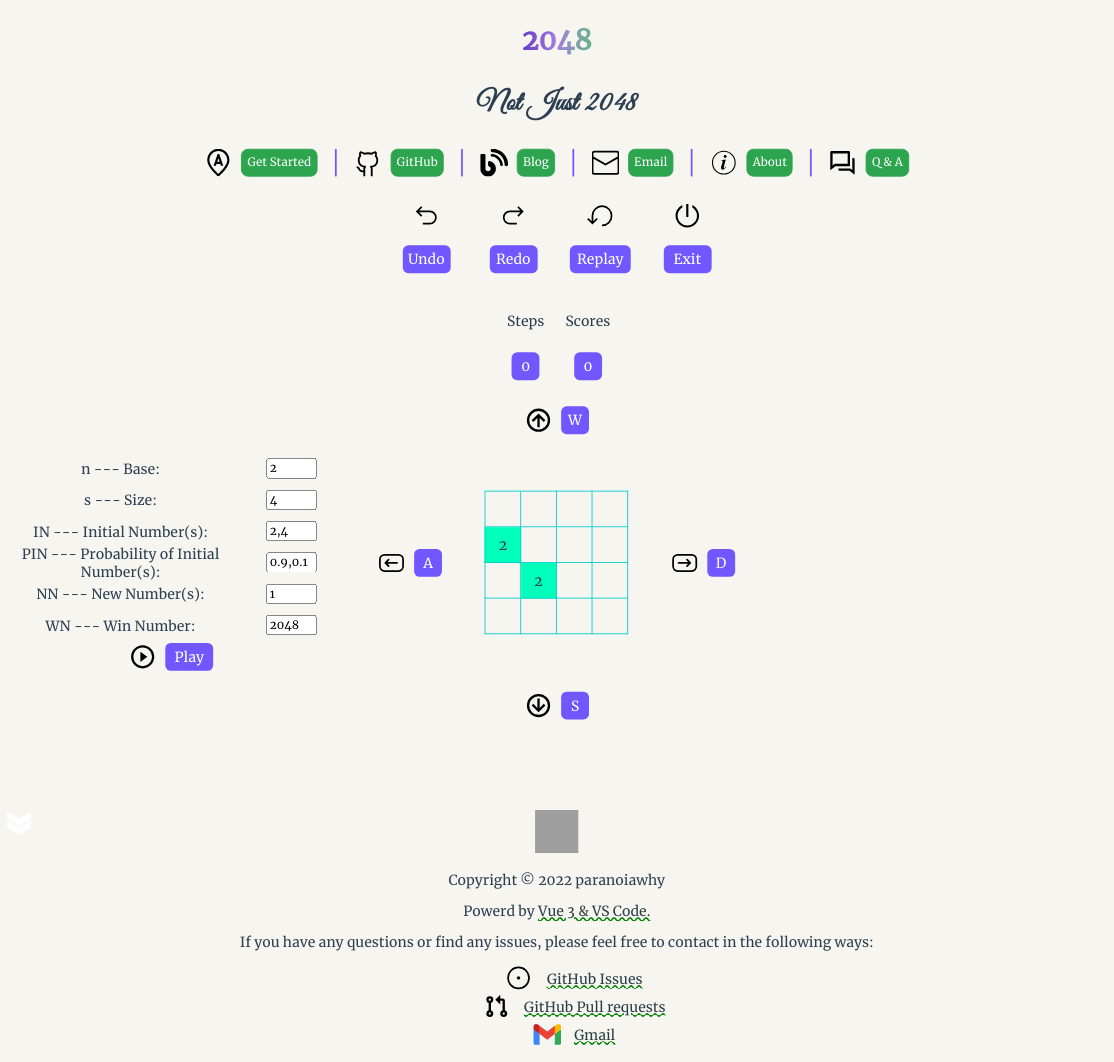
Repository: 321paranoiawhy/2048
Page: /
The author's editor kept a copy of each file at every save. The page is drawn from the files as they stood at one save, then again after the next save.
The browser window is 1280 px wide. The pictures show the whole page, at 87% of full size.
Pictures or frames that could not be fetched are drawn as grey boxes. The project was rebuilt for these pictures with package versions that can differ from the ones it lists, and the page was loaded fresh each time. Also part of the build but not shown: vue.config.js.

Above is the page before, as saved 2022-04-29 20:52:53.

After the next save:
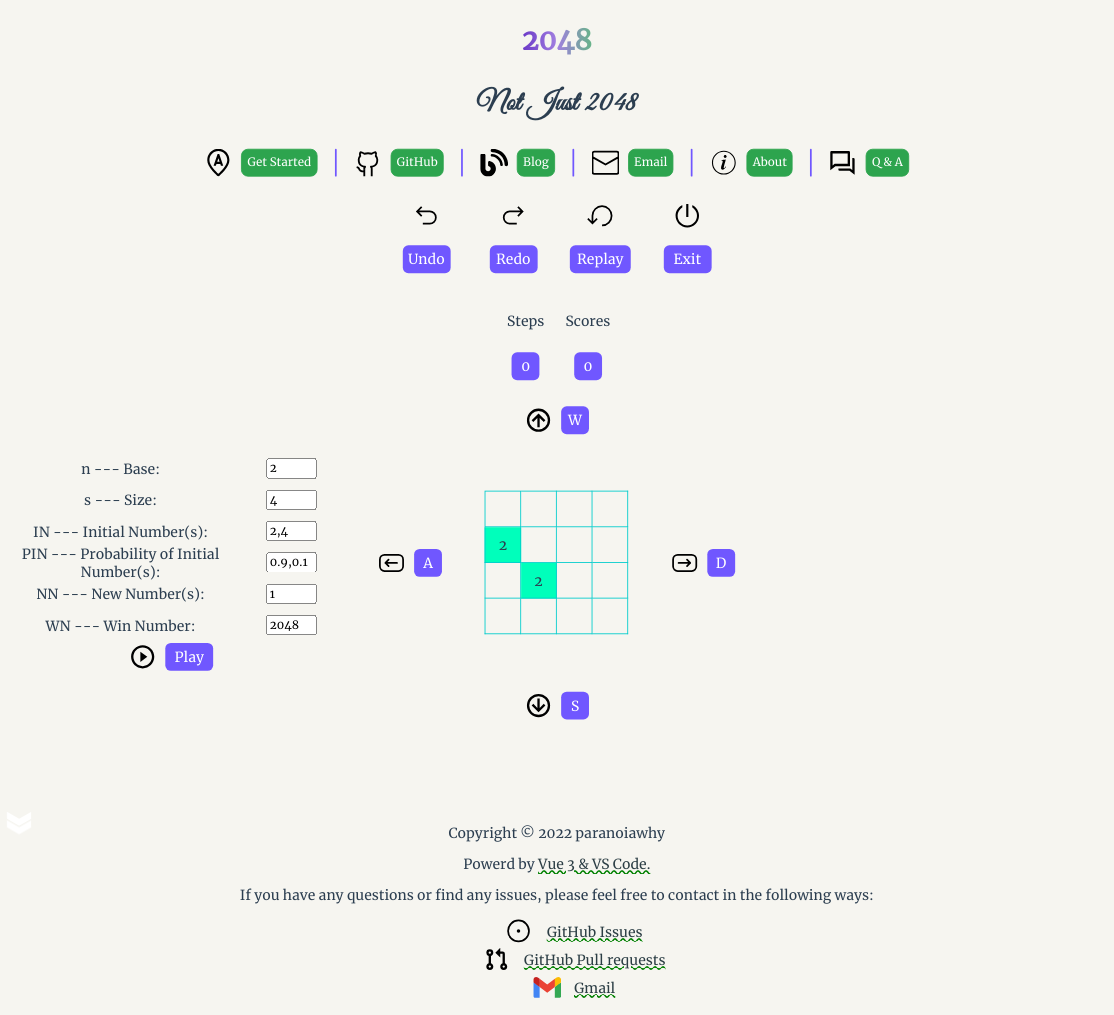
Saved 21 s later.
--- a/src/components/footer.vue
+++ b/src/components/footer.vue
@@ -8,11 +8,11 @@
             <div class="chevron"></div>
             <div class="chevron"></div>
         </div>
-        <img
+        <!-- <img
             src="../assets/images/IcRoundKeyboardDoubleArrowDown.svg"
             alt="DoubleArrowDown"
             class="double-arrow-down"
-        />
+        /> -->
         <p>Copyright &copy; 2022 paranoiawhy</p>
         <p>Powerd by <a>Vue 3 & VS Code.</a></p>
         <p>
